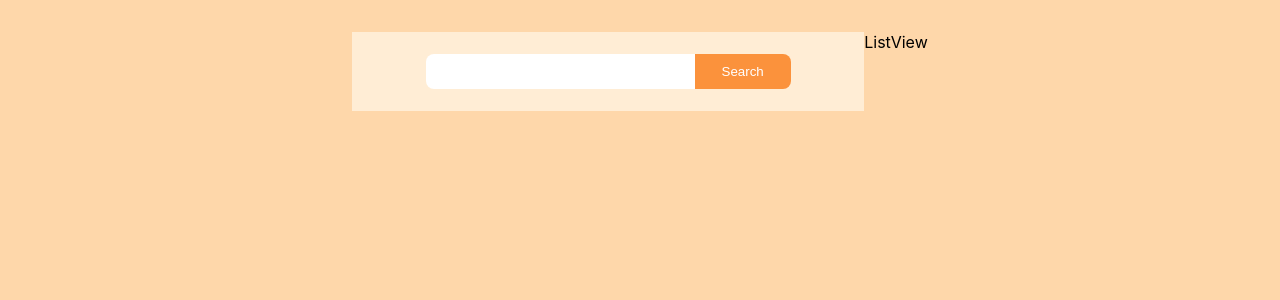
Repository: sandipkarmokar/recipeApp
Page: /
The author's editor kept a copy of each file at every save. The page is drawn from the files as they stood at one save, then again after the next save.
The browser window is 1280 px wide. The pictures show the whole page.
The project was rebuilt for these pictures with package versions that can differ from the ones it lists, and the page was loaded fresh each time.

Above is the page before, as saved 2022-04-16 11:57:33.

After the next save:
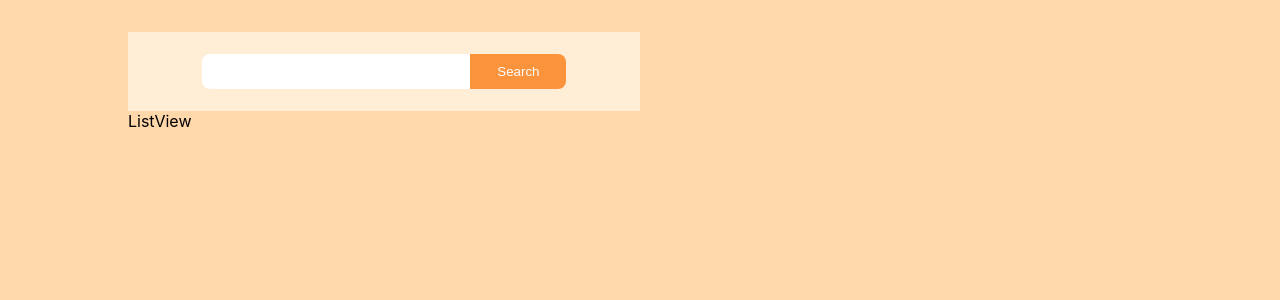
Saved 24 s later.
--- a/src/App.css
+++ b/src/App.css
@@ -16,6 +16,7 @@
     padding: 2rem 0;
     display: flex;
     justify-content: center;
+    flex-direction: column;
 }
 
 .app .app-container .searchBar {
@@ -46,4 +47,5 @@
 }
 
 .app .app-container .recipe-modal {
+    wid
 }
